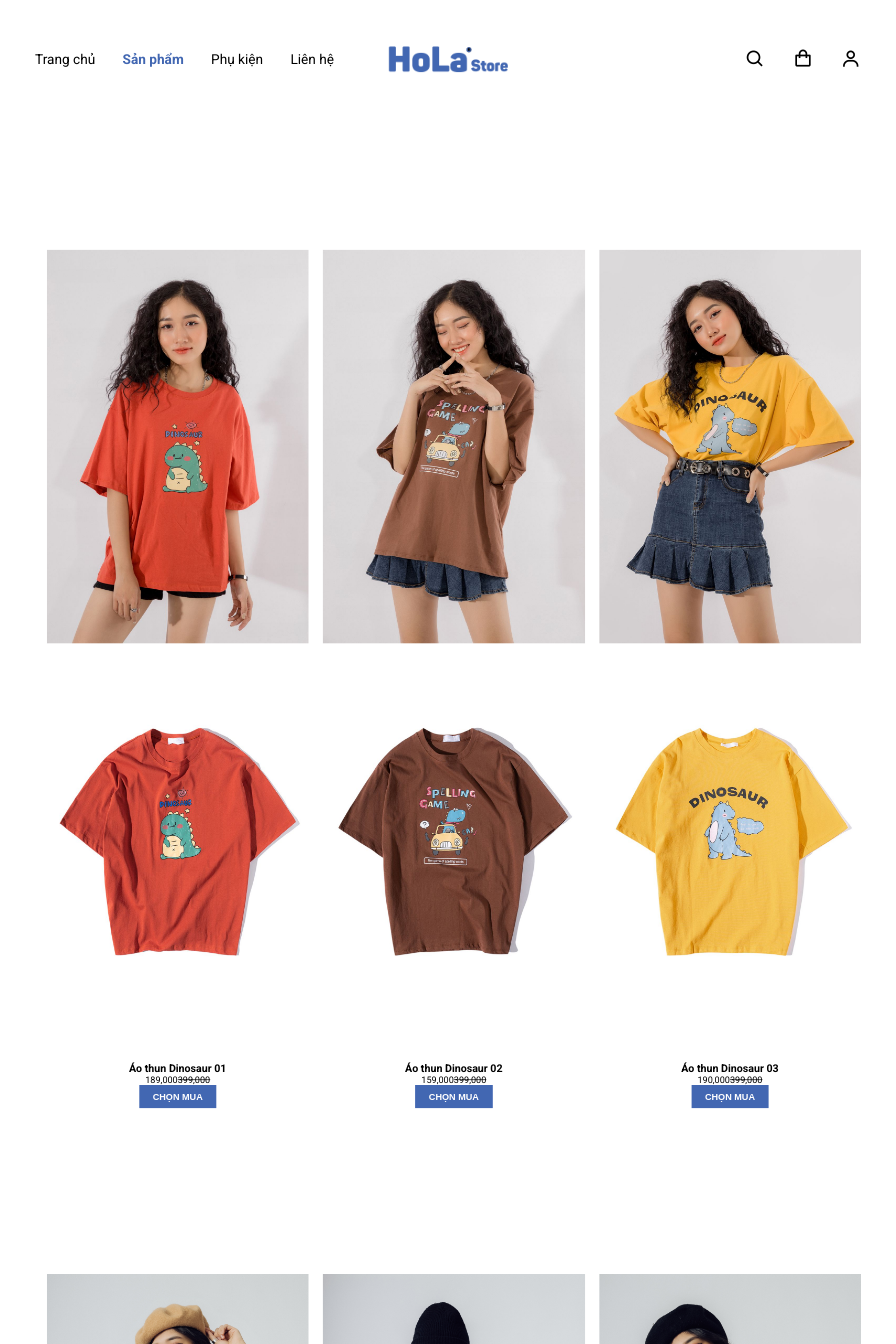
Repository: eric-nguyen-fe/Hola-ecommerce
Page: /catalog
The author's editor kept a copy of each file at every save. The page is drawn from the files as they stood at one save, then again after the next save.
The browser window is 1280 px wide. The pictures show the part of the page from y = 0 to 1920 px (the page is 9150 px tall before and 9057 px after), at 70% of full size.
The project was rebuilt for these pictures with package versions that can differ from the ones it lists, and the page was loaded fresh each time. Also part of the build but not shown: src/components/HeroSlider.jsx, src/components/Section.jsx, src/components/PolicyCard.jsx, src/assets/fake-data/hero-slider.js, src/assets/fake-data/policy.js, src/pages/Home.jsx, src/pages/Cart.jsx, src/pages/Product.jsx.

Above is the page before, as saved 2021-12-09 16:41:19.

After the next save:
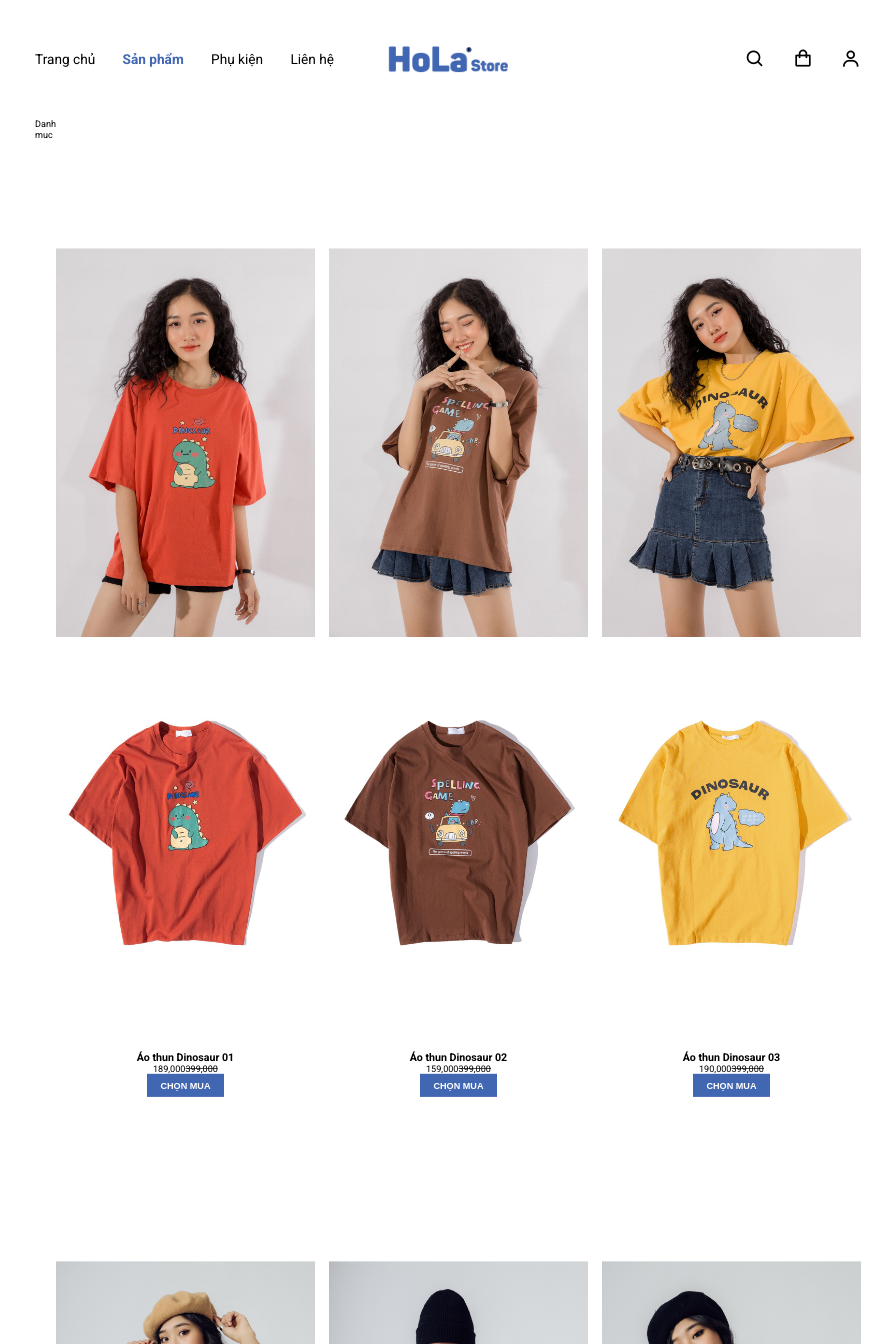
Saved 75 s later.
--- a/src/pages/Catalog.jsx
+++ b/src/pages/Catalog.jsx
@@ -11,7 +11,16 @@
     return (
         <Helmet title="Sản phẩm">
             <div className="catalog">
-                <div className="catalog__filter"></div>
+                <div className="catalog__filter">
+                    <div className="catalog__filter__widget">
+                        <div className="catalog__filter__widget__title">
+                            Danh muc
+                        </div>
+                        <div className="catalog__filter__widget__content">
+
+                        </div>
+                    </div>
+                </div>
                 <div className="catalog__content">
                     <Grid
                         col={3}
